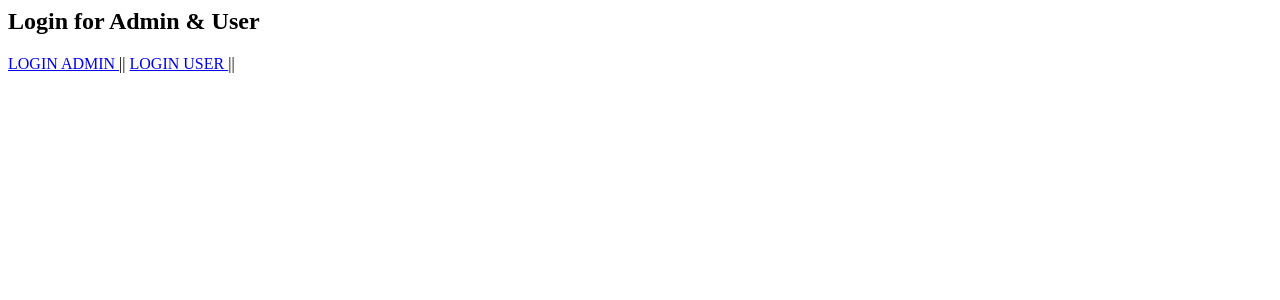
Repository: AnushkaSharma9/Make-an-E-commerce-Website-For-SportyShoes-sportyshoes
Page: http://localhost/phase3-Project-SportyShoes-Webappplication/index2.jsp
The author's editor kept a copy of each file at every save. The page is drawn from the files as they stood at one save, then again after the next save.
The browser window is 1280 px wide. The pictures show the whole page.
The page is served by Tomcat 9. Nobody is signed in. The application's start-up code is not run. Other server files are loaded and not shown.

Above is the page before, as saved 2021-10-25 20:33:14.

### phase3-Project-SportyShoes-Webappplication/src/main/webapp/index2.jsp
<html>
<body>
	<h2>Login for Admin & User</h2>
	<a href="login"> LOGIN ADMIN </a> ||
	<a href="ulogin"> LOGIN USER </a>  ||



	<br><br><br>
</body>
</html>

After the next save:
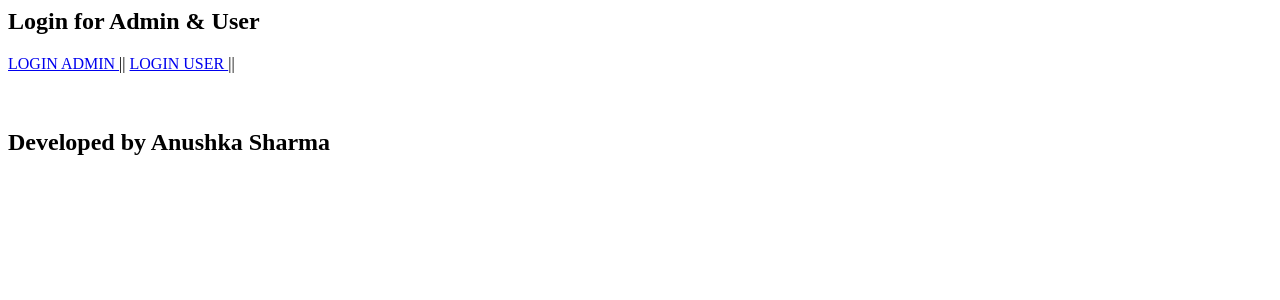
Saved 14 s later.
--- a/phase3-Project-SportyShoes-Webappplication/src/main/webapp/index2.jsp
+++ b/phase3-Project-SportyShoes-Webappplication/src/main/webapp/index2.jsp
@@ -7,5 +7,6 @@
 
 
 	<br><br><br>
+	<h2>Developed by Anushka Sharma</h2>
 </body>
 </html>
